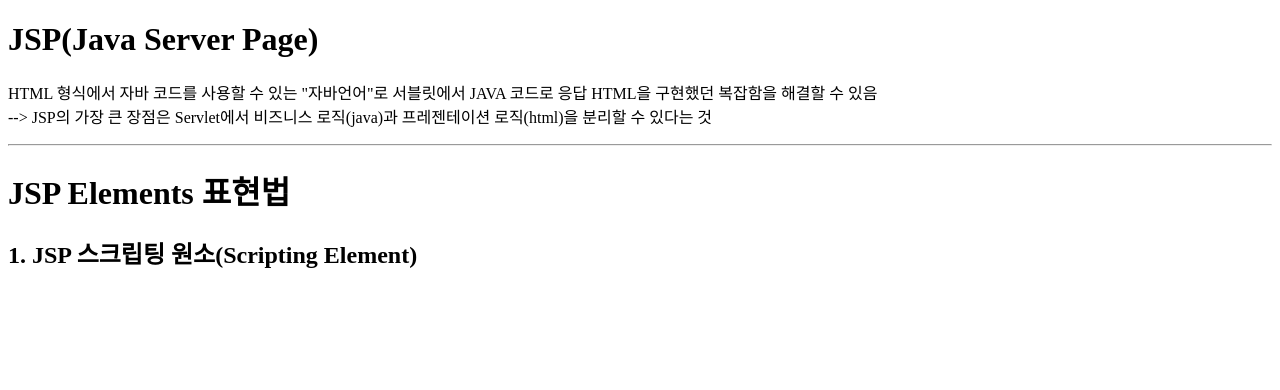
Repository: chuhj1226/servlet
Page: workspace/2_JSP/WebContent/index.html
These files come from the project's save history. The page is drawn as it stood at one moment and after the next save; the edit follows.
The browser window is 1280 px wide. The pictures show the whole page.

Above is the page before, as saved 2021-10-05 08:01:15.

### workspace/2_JSP/WebContent/index.html
<!DOCTYPE html>
<html>
<head>
<meta charset="UTF-8">
<title>2_JSP</title>
</head>
<body>
	<h1>JSP(Java Server Page)</h1>
	<p>
		HTML 형식에서 자바 코드를 사용할 수 있는 "자바언어"로
		서블릿에서 JAVA 코드로 응답 HTML을 구현했던 복잡함을 해결할 수 있음<br>
		--> JSP의 가장 큰 장점은 Servlet에서 비즈니스 로직(java)과 프레젠테이션 로직(html)을
		분리할 수 있다는 것
	</p>

	<hr>

	<h1>JSP Elements 표현법</h1>
	<h2>1. JSP 스크립팅 원소(Scripting Element)</h2>
	<p>
</body>
</html>

After the next save:
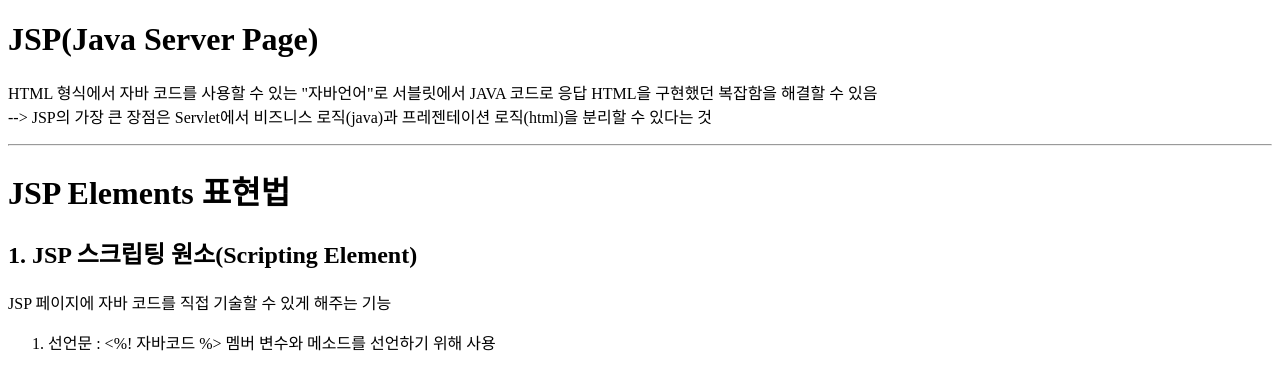
Saved 50 s later.
--- a/workspace/2_JSP/WebContent/index.html
+++ b/workspace/2_JSP/WebContent/index.html
@@ -18,5 +18,11 @@
 	<h1>JSP Elements 표현법</h1>
 	<h2>1. JSP 스크립팅 원소(Scripting Element)</h2>
 	<p>
+		JSP 페이지에 자바 코드를 직접 기술할 수 있게 해주는 기능
+	</p>
+	<ol>
+		<li>선언문 : &lt;%! 자바코드 %&gt;
+			멤버 변수와 메소드를 선언하기 위해 사용
+	</ol>
 </body>
 </html>
